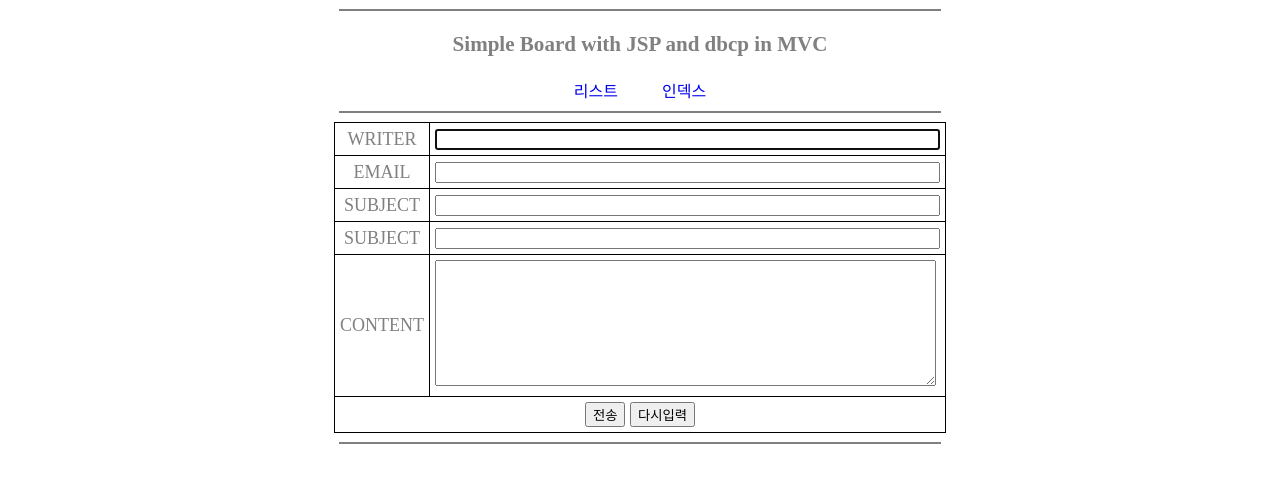
Repository: betweenhj702/Web-App-Server-Practices
Page: http://localhost/MvcPj/sm_file/write_jsp.jsp
The author's editor kept a copy of each file at every save. The page is drawn from the files as they stood at one save, then again after the next save.
The browser window is 1280 px wide. The pictures show the whole page.
The page is served by Tomcat 9.

Above is the page before, as saved 2021-01-06 13:02:08.

After the next save:
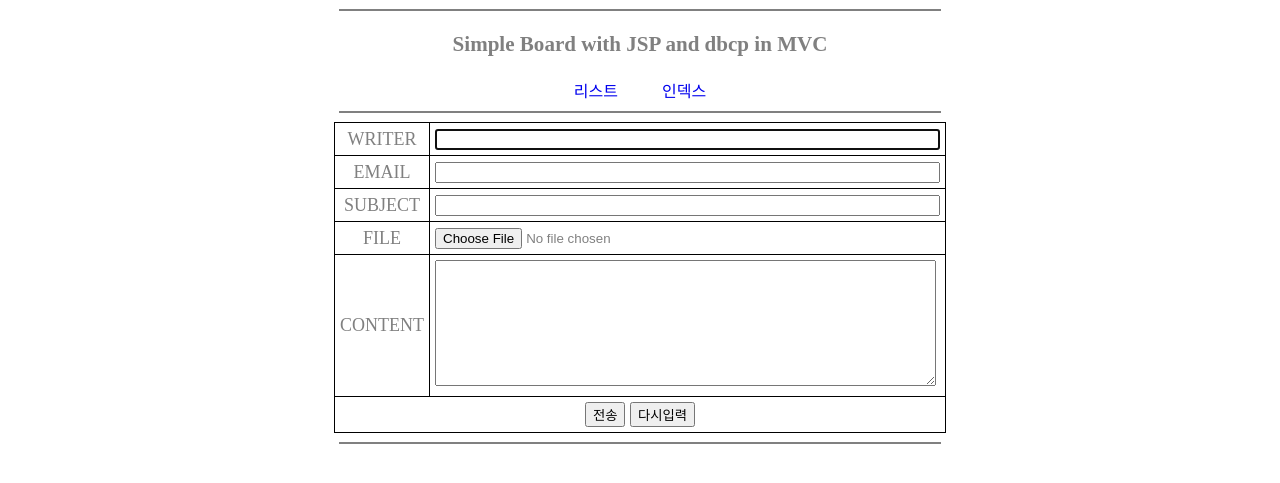
Saved 38 s later.
--- a/workspace/MvcPj/WebContent/sm_file/write_jsp.jsp
+++ b/workspace/MvcPj/WebContent/sm_file/write_jsp.jsp
@@ -91,8 +91,8 @@
 			 <td><input type="text" name="subject" size="60"></td>
 		  </tr>
 		   <tr>
-		     <td align="center">SUBJECT</td>
-			 <td><input type="text" name="subject" size="60"></td>
+		     <td align="center">FILE</td>
+			 <td> <input type="file" name="fname"></td>
 		  </tr>
 		  <tr>
 		     <td align="center">CONTENT</td>
